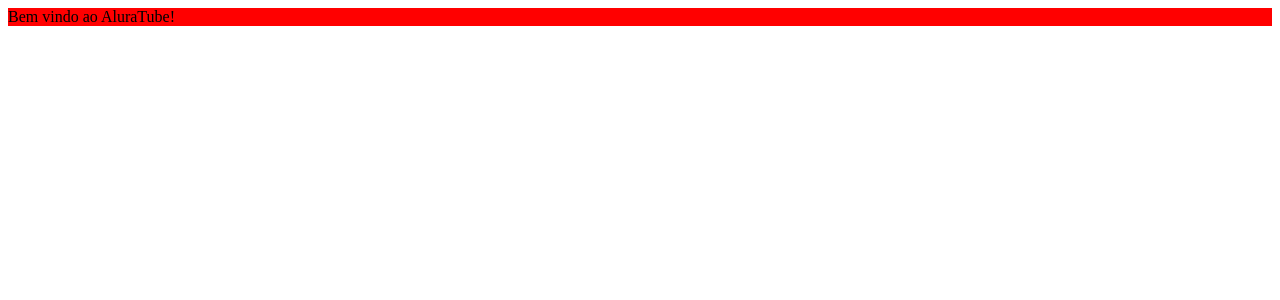
Repository: Vinicius-Atilio/aluratube
Page: /
The author's editor kept a copy of each file at every save. The page is drawn from the files as they stood at one save, then again after the next save.
The browser window is 1280 px wide. The pictures show the whole page.
The project was rebuilt for these pictures with package versions that can differ from the ones it lists, and the page was loaded fresh each time. The framework's server and built-in components were replaced by stand-ins that run in the browser.

Above is the page before, as saved 2022-11-07 20:11:29.

### pages/index.js
function HomePage() {
    const menssagem = 'Bem vindo ao AluraTube!';
    const estiloDaHomePage = { backgroundColor: 'red' };
    return <div style={estiloDaHomePage}>{menssagem}</div>;
}

export default HomePage;

function Menu() {
    return <div>Menu</div>;
}

function Header() {
    return <div>Header</div>;
}

function TimeLine() {
    return <div>Timeline</div>;
}

After the next save:
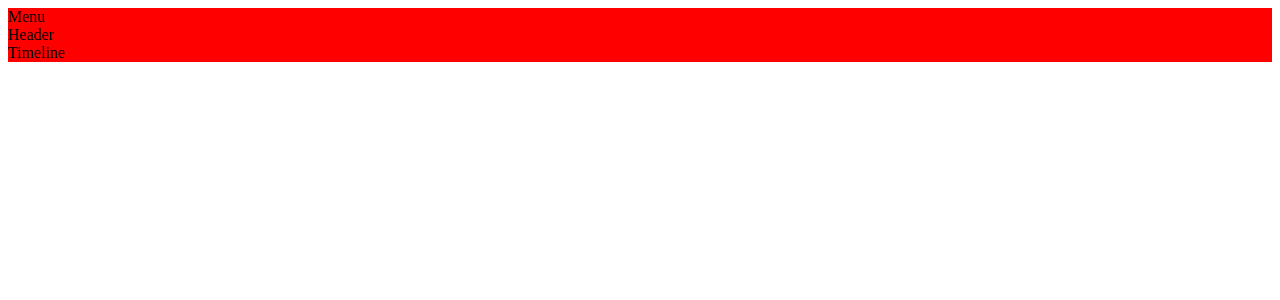
Saved 104 s later.
--- a/pages/index.js
+++ b/pages/index.js
@@ -1,7 +1,13 @@
 function HomePage() {
     const menssagem = 'Bem vindo ao AluraTube!';
     const estiloDaHomePage = { backgroundColor: 'red' };
-    return <div style={estiloDaHomePage}>{menssagem}</div>;
+    return (
+        <div style={estiloDaHomePage}>
+            <Menu />
+            <Header />
+            <TimeLine />
+        </div>
+    );
 }
 
 export default HomePage;
